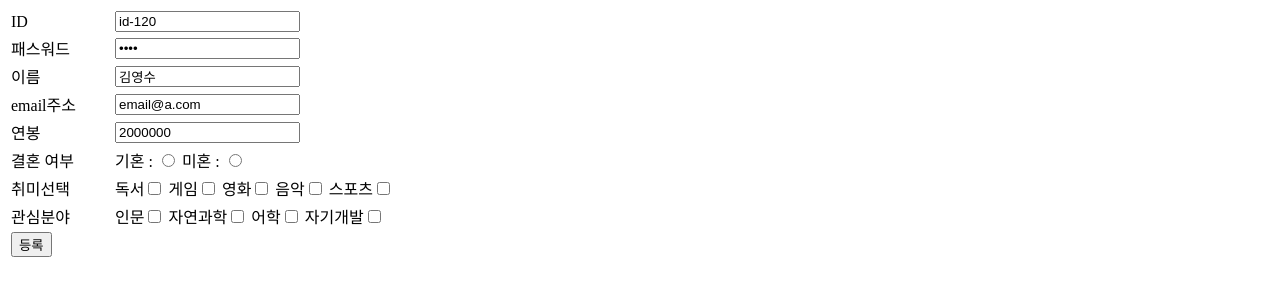
Repository: fellownew/framework_workspace
Page: http://localhost/spring_mvc_03_annotation/modelAttr/register_valid.do
These files come from the project's save history. The page is drawn as it stood at one moment and after the next save; the edit follows.
The browser window is 1280 px wide. The pictures show the whole page.
The page is served by Tomcat 9. Other server files are loaded and not shown.

Above is the page before, as saved 2015-05-14 06:23:17.

### spring_mvc_03_annotation/WebContent/WEB-INF/view/register_valid_form.jsp
<%@ page contentType="text/html;charset=UTF-8"%>
<%@ taglib prefix="spring" uri="http://www.springframework.org/tags" %>
<%@ taglib prefix="form" uri="http://www.springframework.org/tags/form" %>
<!DOCTYPE html>
<html>
<head>
<meta charset="UTF-8">
<title>Insert title here</title>
</head>
<body>
<spring:hasBindErrors name="customer"></spring:hasBindErrors>
<form action="register_valid.do" method="post">
	<table>
		<tr>
			<td width="100px">ID</td>
			<td><input type="text" name="id" value="id-120"><span class="error"></span></td>
		</tr>
		<tr>
			<td>패스워드</td>
			<td><input type="password" name="password" value="1111"></td>
		</tr>
		<tr>
			<td>이름</td>
			<td><input type="text" name="name" value="김영수"></td>
		</tr>
		<tr>
			<td>email주소</td>
			<td><input type="text" name="email" value="email@a.com"></td>
		</tr>
		<tr>
			<td>연봉</td>
			<td><input type="text" name="salary" value="2000000"></td>
		</tr>
		<tr>
			<td>결혼 여부</td>
			<td>
				<label>기혼 : <input type="radio" name="marriage" value="true"></label>
				<label>미혼 : <input type="radio" name="marriage" value="false"></label>
			</td>
		</tr>
		<tr>
			<td>취미선택</td>
			<td>
				<label>독서<input type="checkbox" name="hobby" value="독서"></label>
				<label>게임<input type="checkbox" name="hobby" value="게임"></label>
				<label>영화<input type="checkbox" name="hobby" value="영화"></label>
				<label>음악<input type="checkbox" name="hobby" value="음악"></label>
				<label>스포츠<input type="checkbox" name="hobby" value="스포츠"></label>
			</td>
		</tr>
		<tr>
			<td>관심분야</td>
			<td>
				<label>인문<input type="checkbox" name="interest" value="인문"></label>
				<label>자연과학<input type="checkbox" name="interest" value="자연과학"></label>
				<label>어학<input type="checkbox" name="interest" value="어학"></label>
				<label>자기개발<input type="checkbox" name="interest" value="자기개발"></label>
			</td>
		</tr>
		<tr>
			<td colspan="2"><input type="submit" value="등록"></td>
		</tr>
	</table>
</form>
</body>
</html>

### spring_mvc_03_annotation/src/spring/mvc/validation/CustomerValidator.java
package spring.mvc.validation;

import org.springframework.validation.Errors;
import org.springframework.validation.Validator;

import spring.mvc.vo.Customer;


/* valiodation 구현
 * 1. validator를 implements 후 메소드 오버라이드.
 *
 */

public class CustomerValidator implements Validator{

	@Override
	//validation 검증 하고자 하는 객체(VO)가 검증 할 수 있는 타입인지 체크.
	//매개변수 : Class객체 - 검증하려는 객체의 Class객체.
	public boolean supports(Class<?> clazz) {
		return clazz.isAssignableFrom(Customer.class); // a.isAssignableForm(b) : a와b가 같은 클래스를 표현하는 Class인지 체크하여 boolean으로 리턴
	}

	@Override
	//실제 검증 작업을 할 메소드.
	//매개변수 : 1. 검증할 객체 (VO) , 2.검증도중 오류 발생시 오류 정보를 설정할 Erros객체.
	public void validate(Object target, Errors errors) {
		/*
		 * Errors 오류 등록.
		 * reject() - target 자체의 오류 설정.
		 * rejectValue() - 필드(instance 변수) 단위 오류 설정.
		 */
		Customer cust = (Customer)target;
		//id - not null, 글자수 6이상.
		//password,이름,이메일 not null.
		//취미, 관심분야 - 1개 이상 선택.
		String id = cust.getId();
		if(id==null||id.trim().isEmpty()){
			errors.rejectValue("id", "required",null,"ID를 넣으세요");//매겨변수 : 1-검증실패한 property명 2-, 3-, 4-기본 에러 메시지.
		}
		if(id!=null && id.length()<6){
			errors.rejectValue("id", "minilength", null, "ID는 6글자 이상 넣으세요");
		}
	}

}

After the next save:
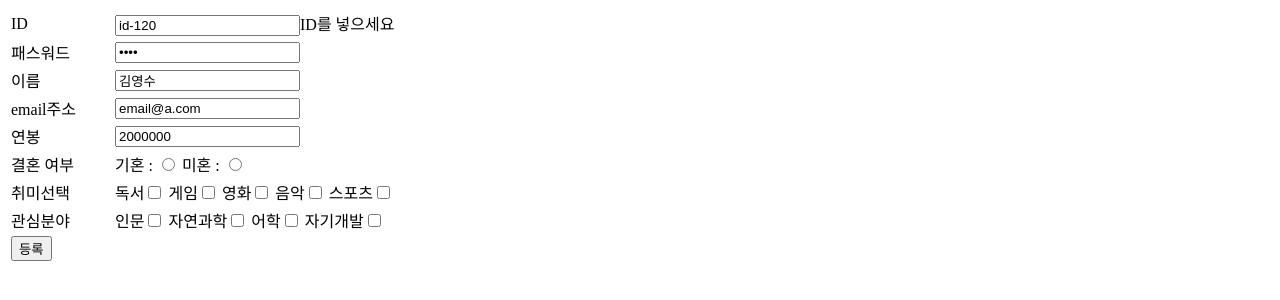
Saved 53 s later.
--- a/spring_mvc_03_annotation/WebContent/WEB-INF/view/register_valid_form.jsp
+++ b/spring_mvc_03_annotation/WebContent/WEB-INF/view/register_valid_form.jsp
@@ -8,12 +8,12 @@
 <title>Insert title here</title>
 </head>
 <body>
-<spring:hasBindErrors name="customer"></spring:hasBindErrors>
+<spring:hasBindErrors name="customer"/>
 <form action="register_valid.do" method="post">
 	<table>
 		<tr>
 			<td width="100px">ID</td>
-			<td><input type="text" name="id" value="id-120"><span class="error"></span></td>
+			<td><input type="text" name="id" value="id-120"><span class="error"><form:errors path="customer.id"/></span></td>
 		</tr>
 		<tr>
 			<td>패스워드</td>
